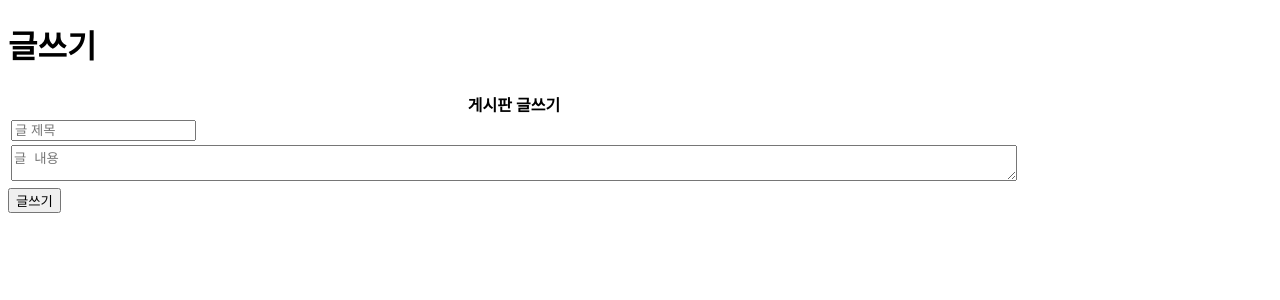
Repository: jsy8315/KOPO_SPRING
Page: http://localhost/jsp_assignFinal/boardWrite.jsp
These files come from the project's save history. The page is drawn as it stood at one moment and after the next save; the edit follows.
The browser window is 1280 px wide. The pictures show the whole page.
The page is served by Tomcat 10. Other server files are loaded and not shown.

Above is the page before, as saved 2023-06-29 00:40:59.

### jsp_assignFinal/src/main/webapp/boardWrite.jsp
<%@ page language="java" contentType="text/html; charset=UTF-8" pageEncoding="UTF-8" %>
<!DOCTYPE html>
<%@ page import="java.io.PrintWriter" %>
<html>
<head>
    <meta http-equiv="Content-Type" content="text/html; charset=UTF-8">
    <title>JSP 게시판 - 글쓰기</title>
</head>
<body>
    <h1>글쓰기</h1>
    <div class="row">
    <form action="write.do" method="post">
    	<table class="table table-striped" style="text-align: left; boarder:1px solid #ccc">
        	<thead>
        		<tr>
        			<th colspan="2" style="background-color:#eeeee; text-align: center;">게시판 글쓰기</th>
        		</tr>
        	</thead>
        	<tbody>
        		<tr>
        			<td><input type="text" class="form-control" placeholder="글 제목" name="bTitle" maxlength="50"></td>
        		</tr>
        		<tr>
        			<td><textarea class="form-control" placeholder="글 내용" name="bContent" maxlength="1000" style="width:1000px;, height: 350px;"></textarea></td>
        		</tr>
        	</tbody>
        </table>
	    <input type="submit" class="btn btn-primary pull-right" value="글쓰기">
	</form>
	</div>

</body>
</html>

After the next save:
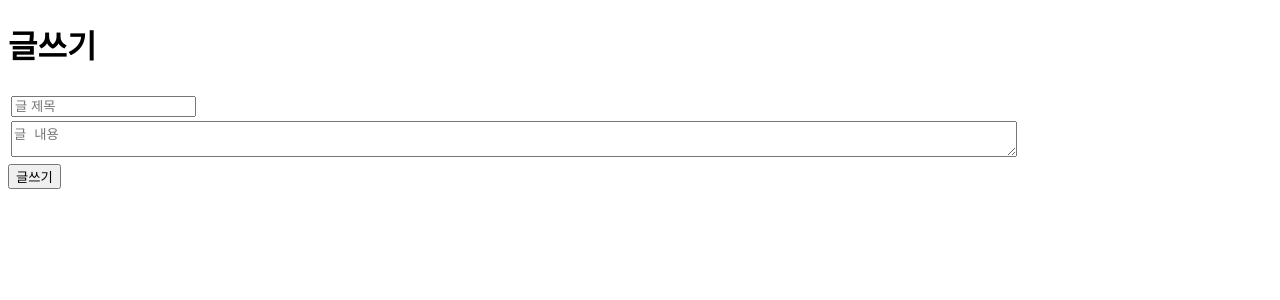
Saved 15 s later.
--- a/jsp_assignFinal/src/main/webapp/boardWrite.jsp
+++ b/jsp_assignFinal/src/main/webapp/boardWrite.jsp
@@ -13,7 +13,7 @@
     	<table class="table table-striped" style="text-align: left; boarder:1px solid #ccc">
         	<thead>
         		<tr>
-        			<th colspan="2" style="background-color:#eeeee; text-align: center;">게시판 글쓰기</th>
+        			<th colspan="2" style="background-color:#eeeee; text-align: center;"></th>
         		</tr>
         	</thead>
         	<tbody>
